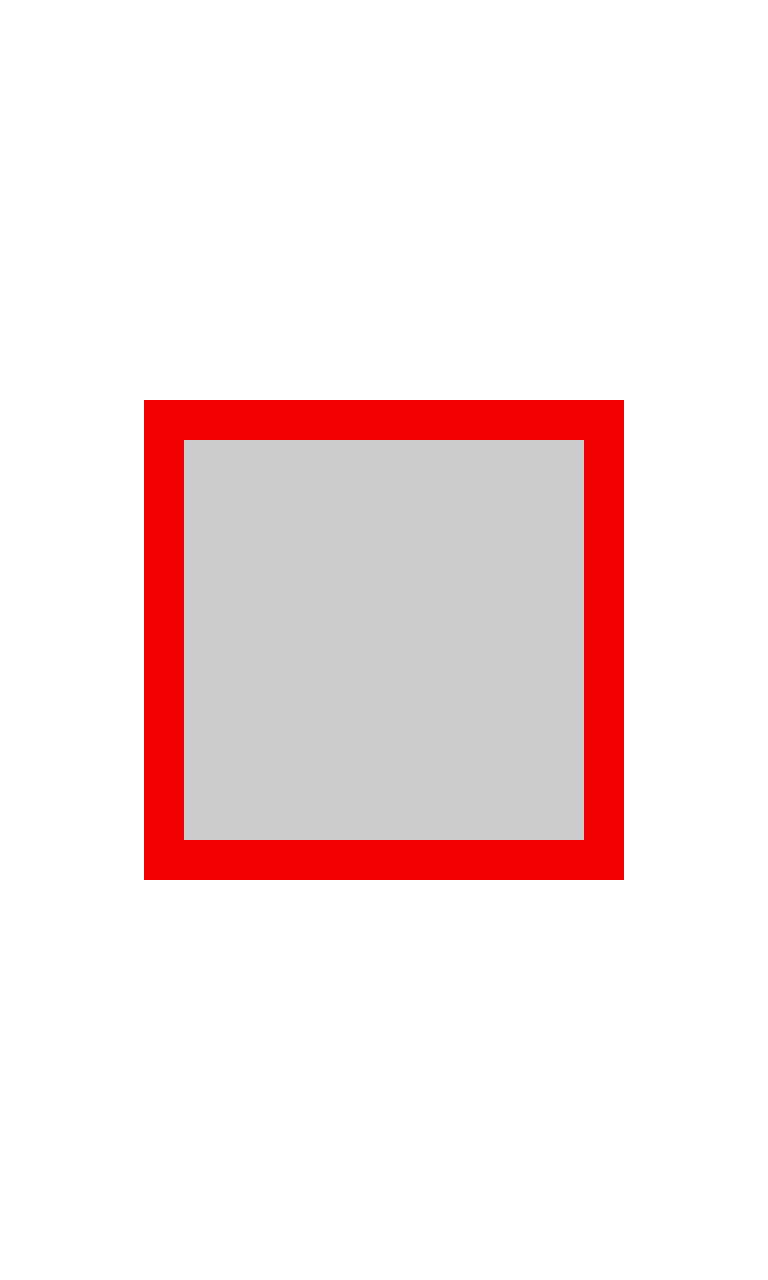
Repository: qwer2714856/Android_learn
Layout: frameLayout/res/layout/activity_main.xml
These files come from the project's save history. The layout is drawn as it stood at one moment and after the next save; the edit follows.
It is drawn on a 768 x 1280 px phone screen (xhdpi) without system bars, with theme AppTheme; the app's code is not run.

Above is the layout before, as saved 2015-09-30 06:11:24.

### frameLayout/res/layout/activity_main.xml
<FrameLayout xmlns:android="http://schemas.android.com/apk/res/android"
    xmlns:tools="http://schemas.android.com/tools"
    android:layout_width="match_parent"
    android:layout_height="match_parent"
    tools:context="com.theadventus.framelayout.MainActivity" >

    <TextView
        android:layout_width="240dp"
        android:layout_height="240dp"
        android:background="#f00000"
        android:layout_gravity="center"
        />
    <TextView
        android:layout_width="200dp"
        android:layout_height="200dp"
        android:background="#cccccc"
        android:layout_gravity="center"
        />

</FrameLayout>

Loaded but not shown: frameLayout/res/values/styles.xml (common file); frameLayout/res/values-v11/styles.xml (common file); frameLayout/res/values-v14/styles.xml (common file)

After the next save:
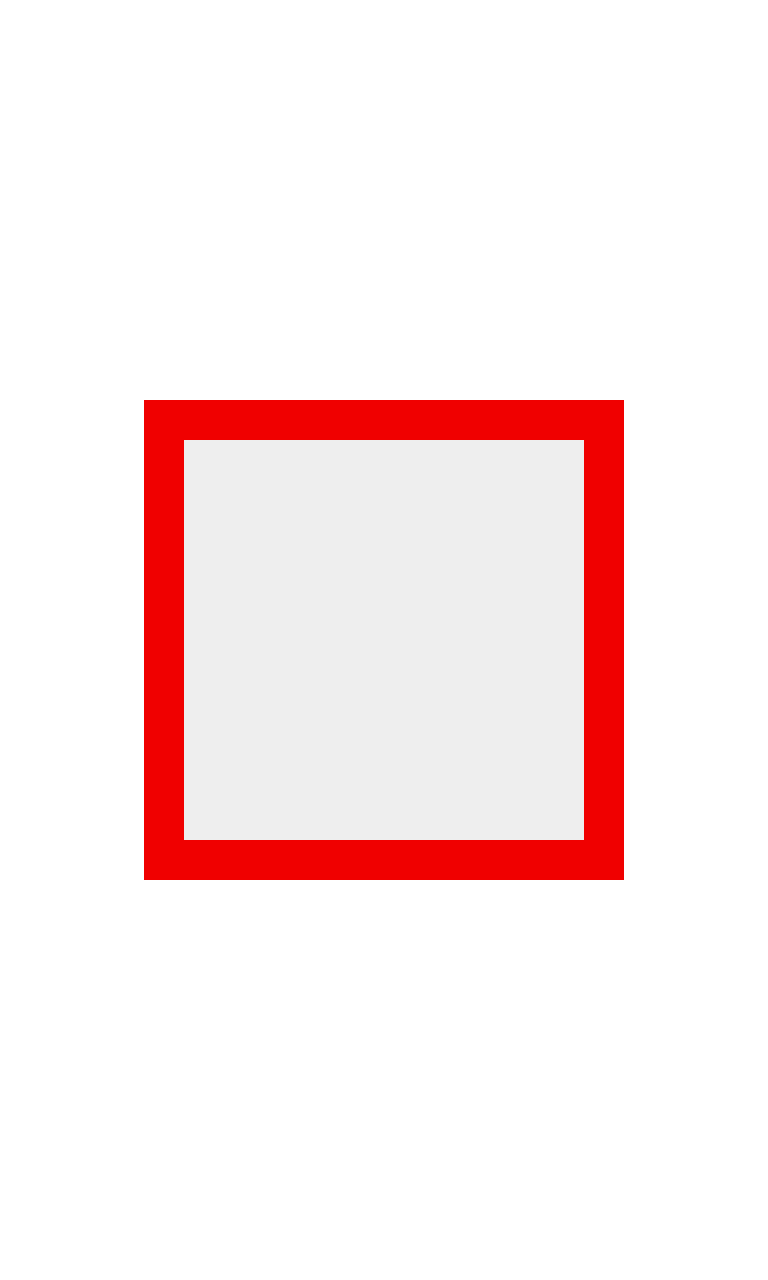
Saved 18 s later.
--- a/frameLayout/res/layout/activity_main.xml
+++ b/frameLayout/res/layout/activity_main.xml
@@ -16,5 +16,11 @@
         android:background="#cccccc"
         android:layout_gravity="center"
         />
+    <TextView
+        android:layout_width="200dp"
+        android:layout_height="200dp"
+        android:background="#eeeeee"
+        android:layout_gravity="center"
+        />
 
 </FrameLayout>
